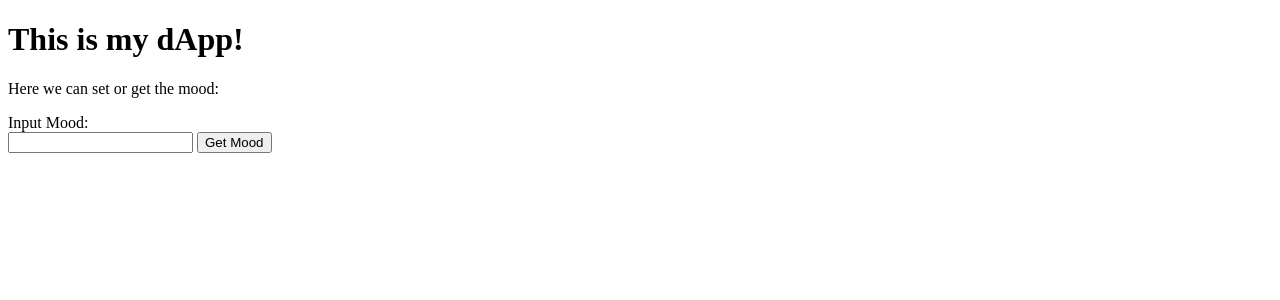
Repository: Sagar30601/MoodDapp
Page: index.html
These files come from the project's save history. The page is drawn as it stood at one moment and after a run of saves; the edit follows.
The browser window is 1280 px wide. The pictures show the whole page.

Above is the page before, as saved 2022-04-18 18:33:40.

After the next 2 saves:
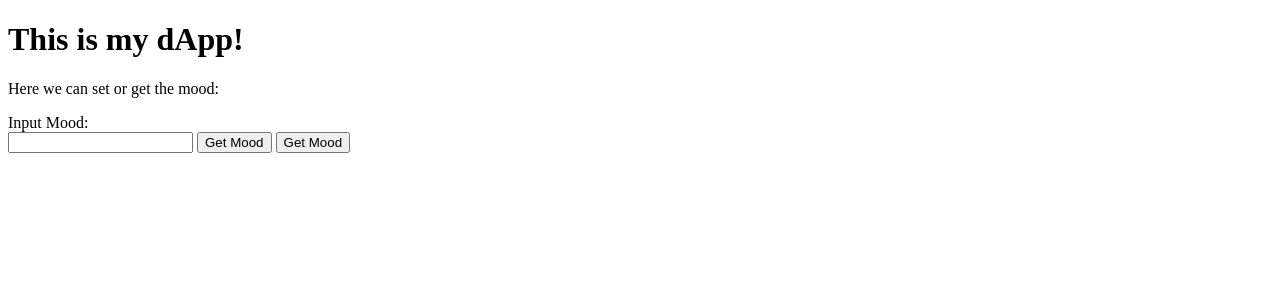
The 2 saves are shown as one change because they came seconds apart.
The last was saved 8 s later.
--- a/index.html
+++ b/index.html
@@ -13,6 +13,7 @@
         <label for="mood">Input Mood:</label><br>
         <input type="text" id="mood">
         <button onclick="getMood()">Get Mood</button>
+        <button onclick="getMood()">Get Mood</button>
     </div>
 </body>
 </html>
